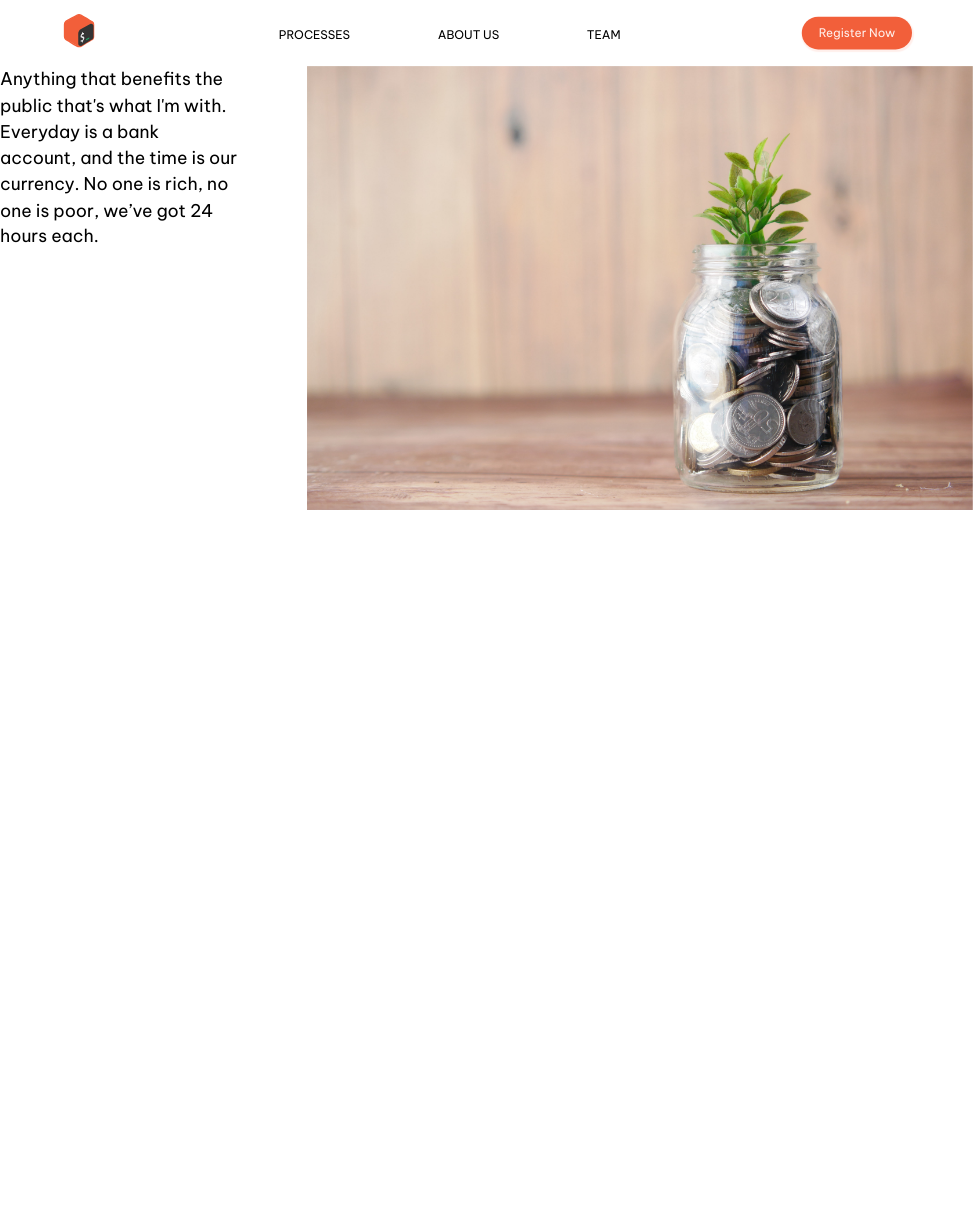
Repository: Esraa22M/Banking_Site
Page: index.html
An editor plug-in stored every save of this project. The page is shown before and after the next save, followed by the edit.
The browser window is 1280 px wide. The pictures show the whole page, at 76% of full size.

Above is the page before, as saved 2022-11-01 00:43:27.

After the next save:
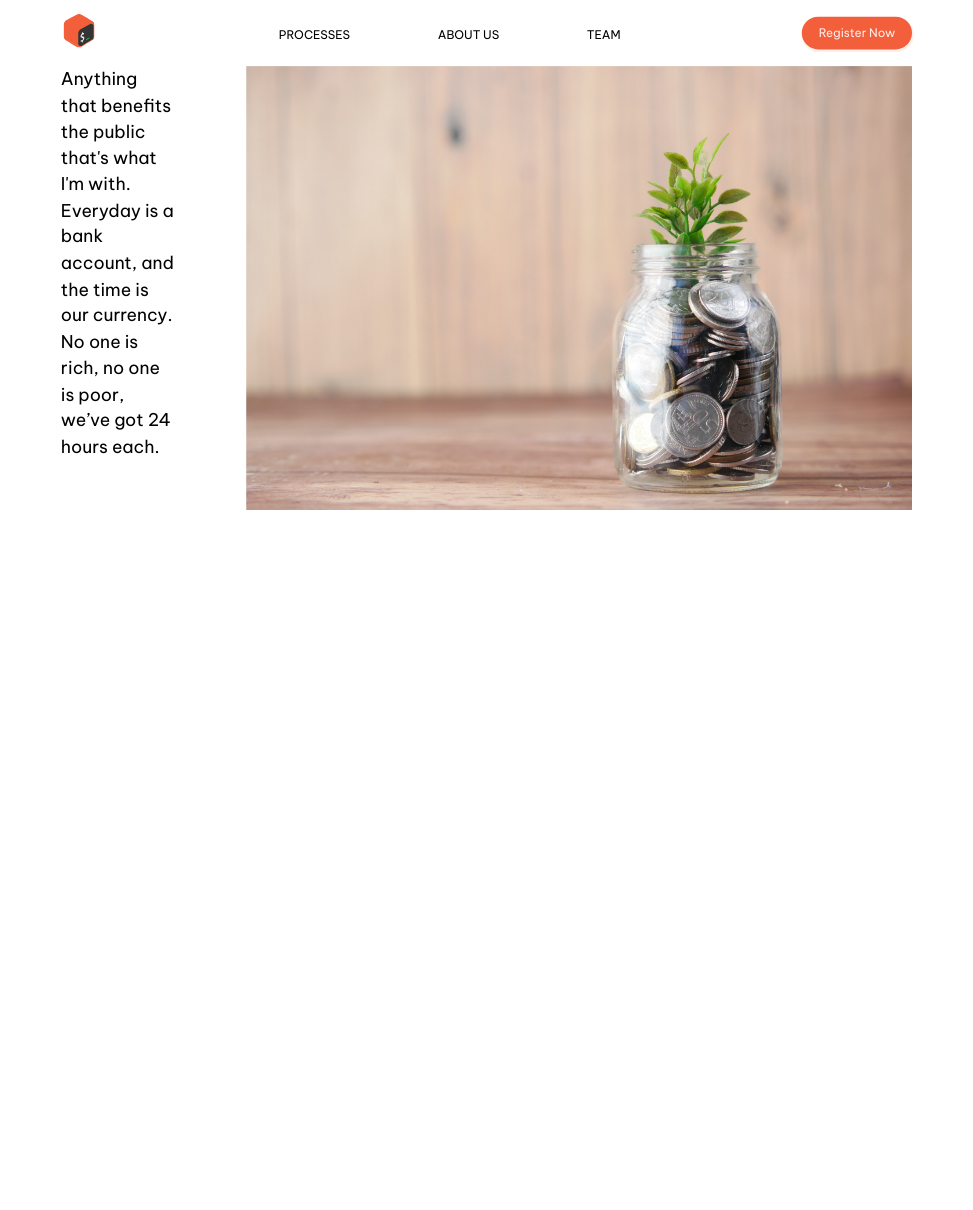
Saved 4 min 28 s later.
--- a/index.html
+++ b/index.html
@@ -39,7 +39,7 @@
             </nav>
             <a href="#" class="register__button" role="open new account">Register Now</a>
         </div>
-        <section class="Intro even-columns">
+        <section class="Intro even-columns container">
             <div>
                 <h2 class="intro__header">Anything that benefits the public that's what I'm
                     with.</h2>
